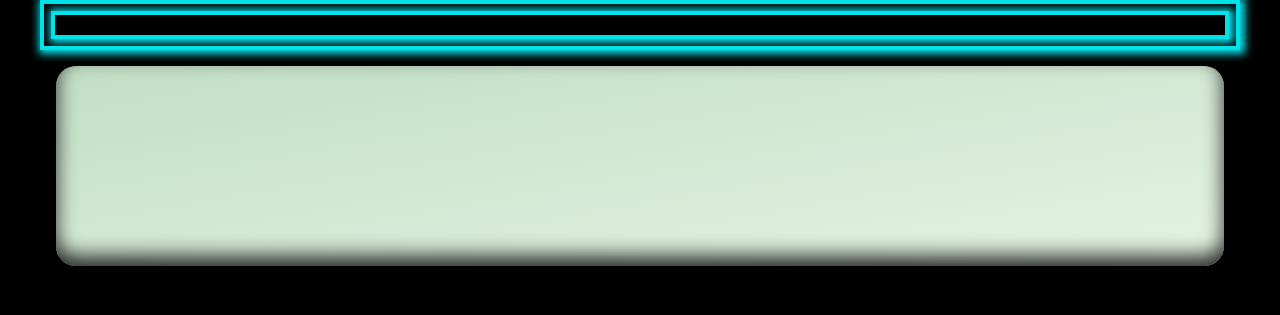
Repository: KhangNguyen3006/WebUI-UX
Page: /
An editor plug-in stored every save of this project. The page is shown before and after the next save, followed by the edit.
The browser window is 1280 px wide. The pictures show the whole page.
The project was rebuilt for these pictures with package versions that can differ from the ones it lists, and the page was loaded fresh each time. Also part of the build but not shown: src/App.css.

Above is the page before, as saved 2023-05-04 02:20:26.

### src/index.js
import React from 'react';
import ReactDOM from 'react-dom';
import './index.css';
import App from './App';
import reportWebVitals from './reportWebVitals';
import 'bootstrap/dist/css/bootstrap.min.css';
import './assets/css/Custom.css';

const root = ReactDOM.createRoot(document.getElementById('root'));
root.render(
  <React.StrictMode>
    <App />
  </React.StrictMode>
);

// If you want to start measuring performance in your app, pass a function
// to log results (for example: reportWebVitals(console.log))
// or send to an analytics endpoint. Learn more: https://bit.ly/CRA-vitals
reportWebVitals();

### src/App.js

import './App.css';
import HomePage from './pages/HomePage';

function App() {
  return (
    <div>
      <HomePage />
    </div>
  );
}

export default App

### src/assets/css/Custom.css
@import url(Home.css);

body {
    margin: auto;
    padding: auto;
    background-color: #000;
}

* {
    box-sizing: border-box;
    width: auto;
    margin: auto;
    padding: 0;
}

### src/pages/HomePage.jsx
import React, { Component } from 'react'
import Home from '../components/home/Home'


class HomePage extends Component {
  render() {
    return (
      <div>
        <Home />
      </div>
    )
  }
}

export default HomePage

### src/assets/css/Home.css
.rectangle {
    border: 4px solid #00E2EA;
    padding: 7px;
    box-shadow: 2px 1px 8px 3px #00E2EA;
}

.rectangle-mini {
    border: 4px solid #00E2EA;
    padding: 10px;
    box-shadow: 2px 1px 8px 3px #00E2EA;
}

/* --------------------------------------------------------------------------- */

.rectangle-linear-gradient {
    height: 200px;
    border-radius: 20px;
    box-shadow: 0px -10px 20px rgba(41, 41, 41, 1) inset;
    background-image: linear-gradient(to bottom right, #C1DFC4, #E5F3E4);
}

/* --------------------------------------------------------------------------- */

.pentagon-main {
    position: relative;
    display: flex;
    flex-direction: column;
    width: 344px;
    max-height: 290px;
    margin: 0 20px 130px;
}

.pentagon-main::before,
.pentagon-main::after {
    content: '';
}

.pentagon-main::before,
.pentagon-main::after {
    position: absolute;
    min-width: 100%;
    min-height: 120%;
    clip-path: polygon(50% 0%, 100% 40%, 82% 100%, 18% 100%, 0% 40%);
    z-index: 1;
}

.pentagon-main::before {
    background: #00E2EA;
    transform: scale(1.065);
}

.pentagon-main::after {
    background: #000;
    /* background-image: linear-gradient(to bottom, rgba(255, 0, 0, 0), rgba(0, 226, 234, 0.1), rgba(0, 226, 234, 0.9)); */
}

.w-1200 {
    width: 1200px;
}

### src/components/home/Home.jsx
import React, { Component } from 'react'

class Home extends Component {
    render() {
        return (
            <div className='w-1200'>
                <div className="rectangle">
                    <div className="rectangle-mini">
                    </div>
                </div>

                <div className="rectangle-linear-gradient p-2 m-3">
                </div>

                <div className="pentagon-main">

                </div>

            </div>
        )
    }
}

export default Home

Loaded but not shown: public/index.html (common file); src/index.css (common file); src/reportWebVitals.js (common file)

After the next save:
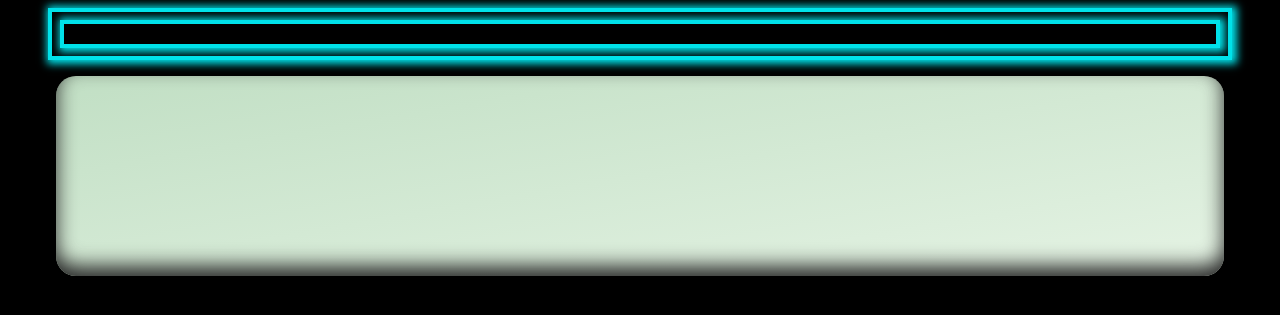
Saved 21 s later.
--- a/src/components/home/Home.jsx
+++ b/src/components/home/Home.jsx
@@ -4,7 +4,7 @@ class Home extends Component {
     render() {
         return (
             <div className='w-1200'>
-                <div className="rectangle">
+                <div className="rectangle p-2 m-2">
                     <div className="rectangle-mini">
                     </div>
                 </div>
